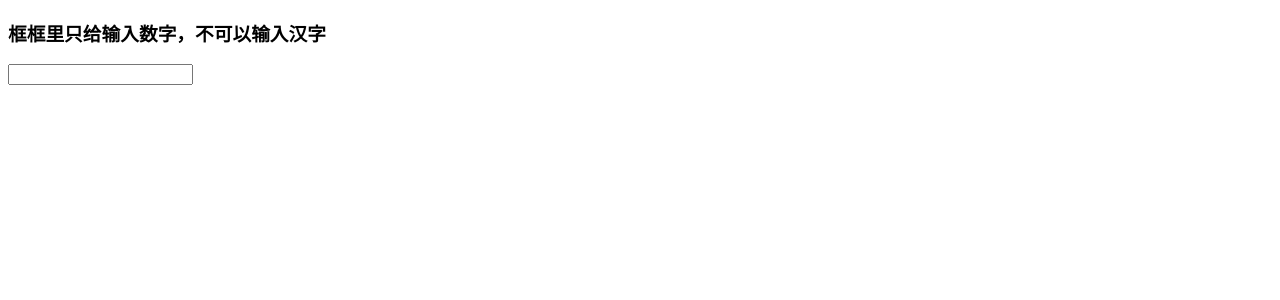
Repository: Gin1217/frontStudy
Page: html/clear.html
The author's editor kept a copy of each file at every save. The page is drawn from the files as they stood at one save, then again after the next save.
The browser window is 1280 px wide. The pictures show the whole page.

Above is the page before, as saved 2021-03-22 23:20:50.

### html/clear.html
<!DOCTYPE html>
<html lang="en">
    <head>
        <title></title>
        <meta charset="UTF-8">
        <meta name="viewport" content="width=device-width, initial-scale=1">
    </head>
    <body>
        <div id="app"></div>
    <script src="https://cdn.jsdelivr.net/npm/vue/dist/vue.js"></script>
    <script src="/js/clearNoFloat.js"></script>
    <h3>框框里只给输入数字，不可以输入汉字</h3>
    <input type="text" onkeyup="clearNoFloat(this)">
    <script>
        const app = new Vue({
            el: '#app',
            data: {}
        })

    </script>
</html>

### js/clearNoFloat.js
/**
 * JS允许输⼊⼩数位的数字
 * @param curObj
 */
 function clearNoFloat(curObj){
    curObj.value = curObj.value.replace(/[^\d.]/g,""); //清除“数字”和“.”以外的字符
    curObj.value = curObj.value.replace(/^\./g,""); //验证第⼀个字符是数字⽽不是.
    curObj.value = curObj.value.replace(/\.{2,}/g,"."); //只保留第⼀个. 清除多余的.
    curObj.value =
    curObj.value.replace(".","$#$").replace(/\./g,"").replace(
        "$#$",".");
    }

### js/clearNoInt.js
/**
 * JS限制只能是整数，不能是⼩数
 * @param curObj
 */
 function clearNoInt(curObj){
    curObj.value = curObj.value.replace(/[^\d]/g,""); //清 除“数字”和“.”以外的字符
    }

After the next save:
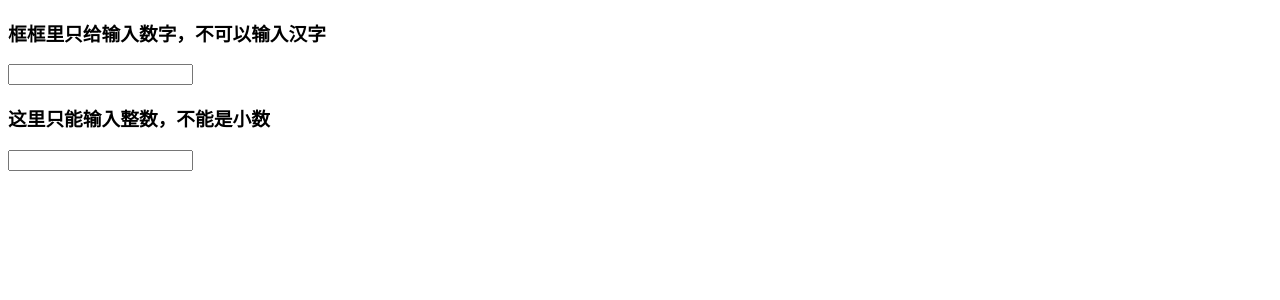
Saved 81 s later.
--- a/html/clear.html
+++ b/html/clear.html
@@ -11,6 +11,10 @@
     <script src="/js/clearNoFloat.js"></script>
     <h3>框框里只给输入数字，不可以输入汉字</h3>
     <input type="text" onkeyup="clearNoFloat(this)">
+
+    <script src="/js/clearNoInt.js"></script>
+    <h3>这里只能输入整数，不能是小数</h3>
+    <input type="text" onkeyup="clearNoInt(this)">
     <script>
         const app = new Vue({
             el: '#app',
